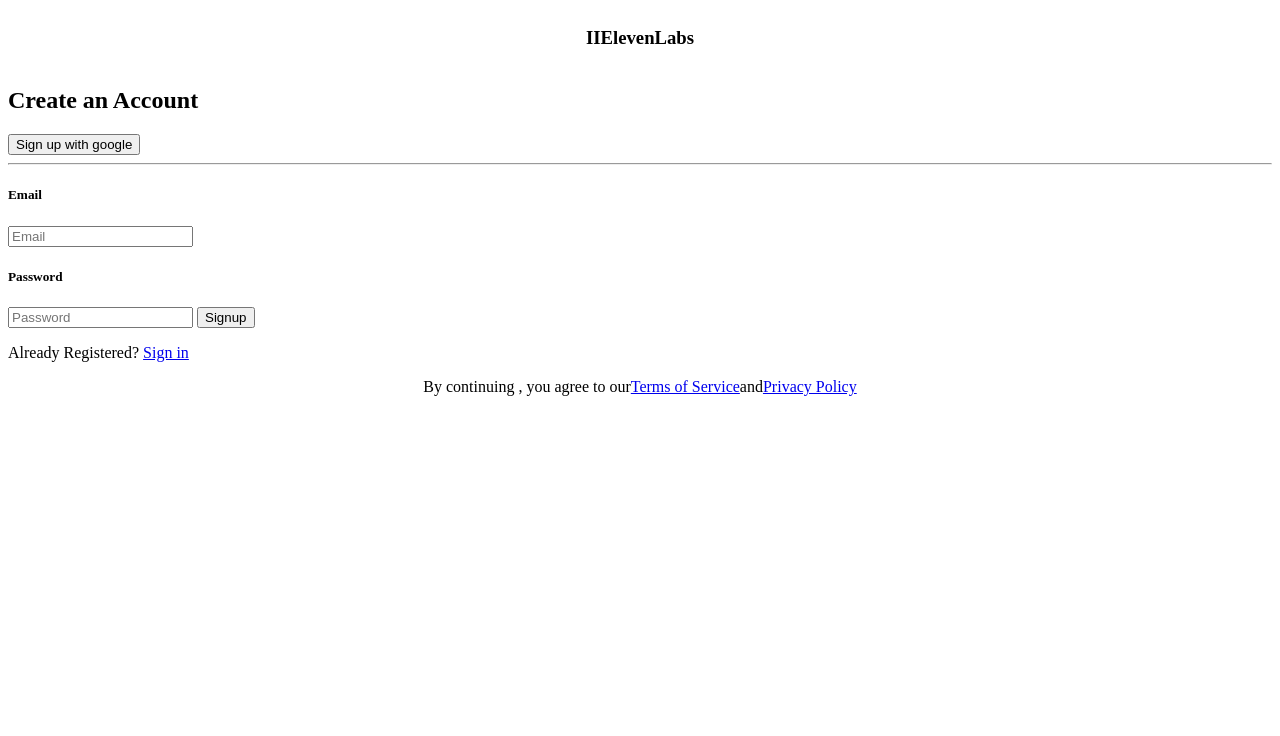
Repository: RohanSai22/harkirat-cohort-learnings
Page: Web/w1_a.html
These files come from the project's save history. The page is drawn as it stood at one moment and after the next save; the edit follows.
The browser window is 1280 px wide. The pictures show the whole page.

Above is the page before, as saved 2026-03-24 10:08:14.

After the next save:
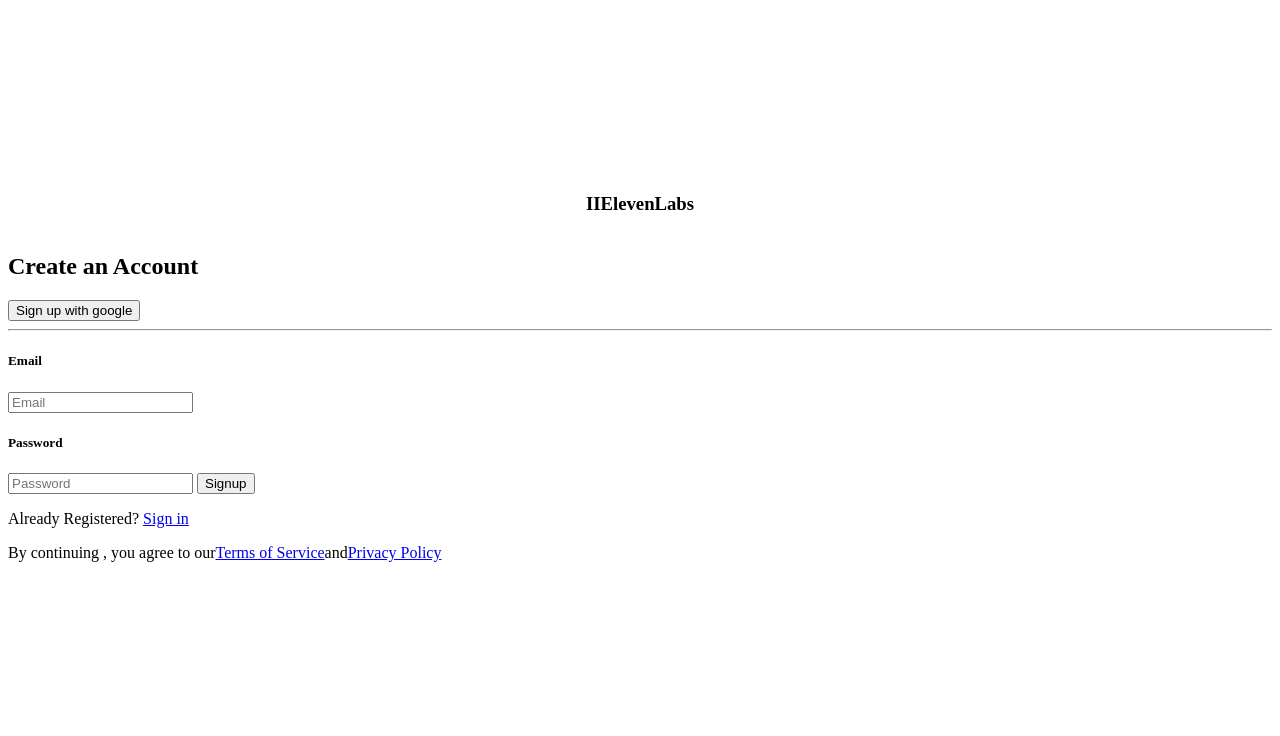
Saved 48 s later.
--- a/Web/w1_a.html
+++ b/Web/w1_a.html
@@ -3,7 +3,7 @@
         <title>Elevel Labs Assignment</title>
     </head>
     <body>
-        <div style="display: flex; flex-direction: column; min-height: 100vh;">
+        <div style="display: flex; flex-direction: column; min-height: 100vh;justify-content: center;">
             <div style="display:flex; justify-content: center;">
                 <h3>IIElevenLabs</h3>
             </div>
@@ -21,7 +21,7 @@
                     <a href="https://www.gmail.com">Sign in</a>
                 </p>
             </div>
-            <div style="display:flex; justify-content: center;">
+            <div style="display:flex;">
                 By continuing , you agree to our <a href="https://www.google.com/terms-and-conditions">Terms of Service</a> and <a href="https://www.google.com/privacy-policy">Privacy Policy</a>
             </div>
         </div>
